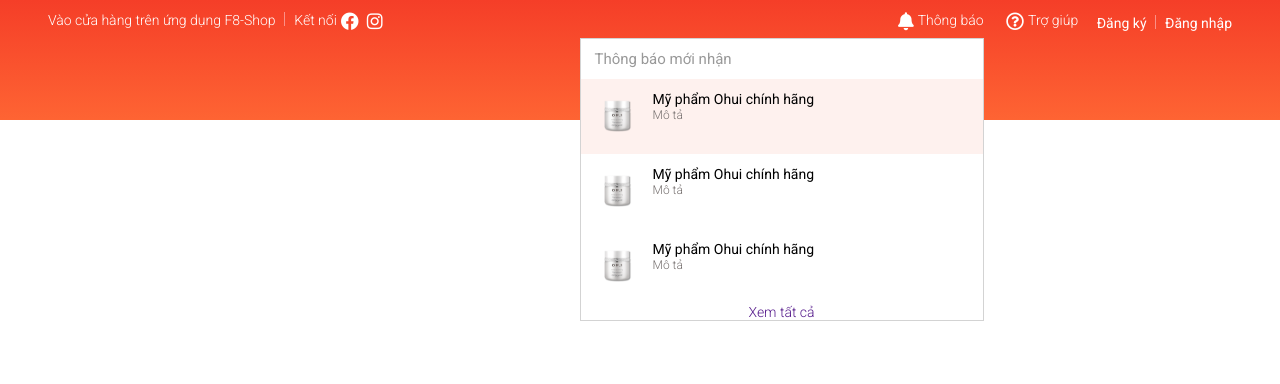
Repository: tvhoangit/tvhoangit.github.io
Page: Shoppe/index.html
The author's editor kept a copy of each file at every save. The page is drawn from the files as they stood at one save, then again after the next save.
The browser window is 1280 px wide. The pictures show the whole page.

Above is the page before, as saved 2021-10-15 19:03:04.

### Shoppe/index.html
<!DOCTYPE html>
<html lang="en">
<head>
    <meta charset="UTF-8">
    <meta http-equiv="X-UA-Compatible" content="IE=edge">
    <meta name="viewport" content="width=device-width, initial-scale=1.0">
    <title>Document</title>
    <link rel="stylesheet" href="https://cdnjs.cloudflare.com/ajax/libs/normalize/8.0.1/normalize.min.css">
    <link rel="stylesheet" href="./assets/css/base.css">
    <link rel="stylesheet" href="./assets/css/main.css">
    <link rel="stylesheet" href="./assets/fonts/fontawesome-free-5.15.4-web/fontawesome-free-5.15.4-web/css/all.min.css">
    <link href="https://fonts.googleapis.com/css2?family=Open+Sans&family=Roboto:wght@300;400;500;700;900&display=swap" rel="stylesheet">
</head>
<body>

    <div class="app">
        <header class="header">
            <div class="grid">
                <nav class="header__navbar">
                    <ul class="header__navbar-list">
                        <li class="header__navbar-item header__navbar-item--qr header__navbar-item--separate">
                            Vào cửa hàng trên ứng dụng F8-Shop
                            <div class="header__qr">
                                <img src="./assets/img/QR.png" alt="QR code" class="header__qr-img">
                                <div class="header__qr-apps">
                                    <a href="" class="header__qr-link">
                                        <img src="./assets/img/gg_play.jpg" alt="GG Play" class="header__qr-dowload-img">
                                    </a>
                                    <a href="" class="header__qr-link">
                                        <img src="./assets/img/apstore.jpg" alt="ApStore" class="header__qr-dowload-img">
                                    </a>
                                </div>
                            </div>
                        </li>
                        <li class="header__navbar-item">
                            <span class="header__navbar-title--no-pointer">Kết nối</span>
                            <a href="" class="header__navbar-icon-link">
                                <i class="header__navbar--icon fab fa-facebook"></i>
                            </a>
                            <a href="" class="header__navbar-icon-link">
                                <i class="header__navbar--icon fab fa-instagram"></i>
                            </a>
                        </li>
                    </ul>

                    <ul class="header__navbar-list">
                        <li class="header__navbar-item">
                            <i class="header__navbar--icon fas fa-bell"></i>
                            <a href="" class="header__navbar-item-link">Thông báo</a>
                            <div class="header__notify">
                                <header class="header__notify--header">
                                    <h3>Thông báo mới nhận</h3>
                                </header>
                                <ul class="header__notify-list">
                                    <li class="header__notify-item header__notify-item--viewed">
                                        <a href="" class="header__notify-link">
                                            <span>
                                                <img src="./assets/img/myphamohui.png" alt="" class="header__notify-img">
                                            </span>
                                            <div class="header__notify-info">
                                                <span class="header__notify-name">Mỹ phẩm Ohui chính hãng</span>
                                                <span class="header__notify-description">Mô tả</span>
                                            </div>
                                        </a>
                                    </li>
                                    <li class="header__notify-item">
                                        <a href="" class="header__notify-link">
                                            <span>
                                                <img src="./assets/img/myphamohui.png" alt="" class="header__notify-img">
                                            </span>
                                            <div class="header__notify-info">
                                                <span class="header__notify-name">Mỹ phẩm Ohui chính hãng</span>
                                                <span class="header__notify-description">Mô tả</span>
                                            </div>
                                        </a>
                                    </li>
                                    <li class="header__notify-item">
                                        <a href="" class="header__notify-link">
                                            <span>
                                                <img src="./assets/img/myphamohui.png" alt="" class="header__notify-img">
                                            </span>
                                            <div class="header__notify-info">
                                                <span class="header__notify-name">Mỹ phẩm Ohui chính hãng</span>
                                                <span class="header__notify-description">Mô tả</span>
                                            </div>
                                        </a>
                                    </li>
                                </ul>
                                <div class="header__notify-footer">
                                    <a href="" class="header__notify-footer-btn">Xem tất cả</a>
                                </div>
                            </div>
                        </li>
                        <li class="header__navbar-item">
                            <i class="header__navbar--icon far fa-question-circle"></i>
                            <a href="" class="header__navbar-item-link">Trợ giúp</a>
                        </li>
                        <li class="header__navbar-item header__navbar-item--strong header__navbar-item--separate">Đăng ký</li>
                        <li class="header__navbar-item header__navbar-item--strong">Đăng nhập</li>
                    </ul>
                </nav>
            </div>
        </header>
    </div>
    <div class="container">


    </div>
    <div class="footer">

    </div>

</body>
</html>

### Shoppe/assets/css/base.css
:root{
    --primary-color: #EE4D2D;
    --white-color: #fff;
    --black-color: #000;
    --text-color: #333;
}

*{
    box-sizing: inherit;
}

html{
    font-size: 62.5%;
    line-height: 1.6rem;
    font-family: 'Roboto', sans-serif;
    box-sizing: border-box;
}

.grid{
    width: 1200px;
    max-width: 100%;
    margin: 0 auto;
}

.grid__full-width{
    width: 100%;
}

.grid__row{
    display: flex;
    flex-wrap: wrap;
}

/* Animation */
@keyframes fadeIn {
    from {
        opacity: 0;
    }
    to {
        opacity: 1;
    }
}

### Shoppe/assets/css/main.css
.header {
    height: 120px;
    background-image: linear-gradient(0, #fe6433, #f53e28);
}
.header__navbar {
    display: flex;
    justify-content: space-between;
    padding-top: 8px;
}
.header__navbar-list {
    list-style: none;
    padding-left: 0;
    margin-top: 4px;
}
.header__navbar-item {
    display: inline-block;
    margin: 0 8px 0px 8px;
    position: relative;
    min-height: 26px;
}
.header__navbar-item--qr:hover .header__qr {
    display: block;
}
.header__navbar-item,
.header__navbar-item-link {
    font-size: 1.4rem;
    color: var(--white-color);
    text-decoration: none;
    font-weight: 300;
}
.header__navbar-item:hover,
.header__navbar-icon-link:hover,
.header__navbar-item-link:hover {
    color: rgba(255, 255, 255, 0.7);
    cursor: pointer;
}
.header__navbar-item,
.header__navbar-item-link,
.header__navbar-icon-link{
    display: inline-flex;
    text-align: center;
}
.header__navbar-item--strong {
    font-weight: 400;
}
.header__navbar-item--separate::after {
    content: "";
    display: block;
    position: absolute;
    border-left: 1px solid #FB9086;
    height: 14px;
    right: -9px;
    top: 25%;
    transform: translateY(-50%);
}
.header__navbar-icon-link {
    color: var(--white-color);
    text-decoration: none;
}
.header__navbar--icon {
    font-size: 1.8rem;
    margin: 0 4px;
}
.header__navbar-title--no-pointer {
    cursor: text;
    color: var(--white-color);
}
.header__qr {
    width: 186px;
    background-color: var(--white-color);
    position: absolute;
    left: 0;
    top: 100%;
    padding: 8px;
    border-radius: 2px;
    display: none;
    animation: fadeIn ease 0.3s;
}
.header__qr-img {
    width: 100%;
}
.header__qr-apps {
    display: flex;
    justify-content: space-between;
}
.header__qr-link {
    margin: 0px 11px;
}
.header__qr-dowload-img {
    height: 15px;
}

/* Header notification */
.header__notify {
    position: absolute;
    top: 100%;
    width: 404px;
    right: 0;
    border: 1px solid #D3D3D3;
    background-color: var(--white-color);
}
.header__notify--header {
    height: 40px;
    background-color: var(--white-color);
    margin-top: -15px;
}
.header__notify--header h3 {
    color: #999;
    margin-right: 237px;
    font-weight: 400;
    font-size: 1.5rem;
    line-height: 40px;

}
.header__notify-list {
    padding-left: 0;
}
.header__notify-item {
    display: flex;
}
.header__notify-item:hover {
    background-color: #f7f7f7;
}
.header__notify-item--viewed {
    background-color: rgba(238,75,43,0.08);
}
.header__notify-link {
    display: flex;
    width: 100%;
    padding: 12px;
    text-decoration: none;
}
.header__notify-img {
    width: 48px;
}
.header__notify-info {
    margin-left: 12px;
}
.header__notify-name {
    display: block;
    font-size: 1.4rem;
    color: var(--black-color);
    font-weight: 400;
}
.header__notify-description {
    display: block;
    font-size: 1.2rem;
    line-height: 1.6rem;
    color: #756F6E;
    text-align: left;
}
.header__notify-footer-btn {
    text-decoration: none;
}

Loaded but not shown: Shoppe/assets/fonts/fontawesome-free-5.15.4-web/fontawesome-free-5.15.4-web/css/all.min.css (library)

After the next save:
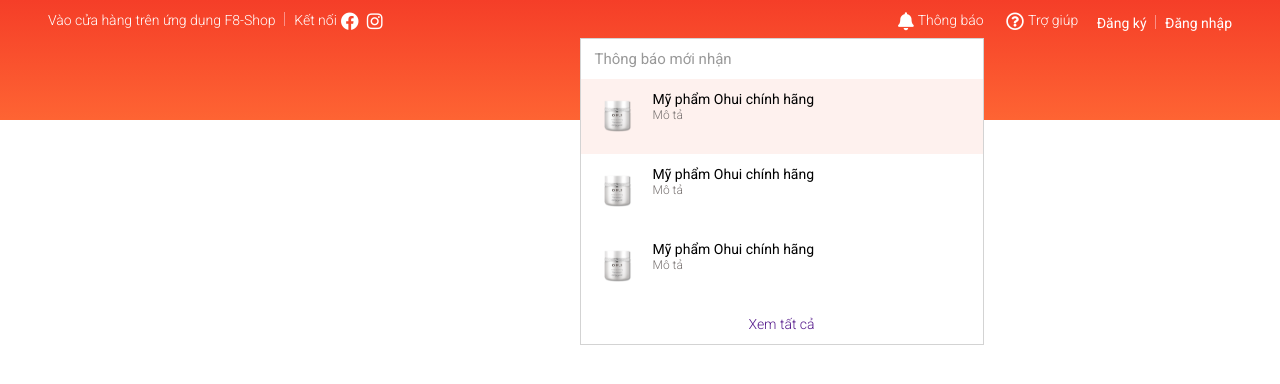
Saved 44 s later.
--- a/Shoppe/assets/css/main.css
+++ b/Shoppe/assets/css/main.css
@@ -149,6 +149,10 @@
     color: #756F6E;
     text-align: left;
 }
+.header__notify-footer {
+    height: 40px;
+}
 .header__notify-footer-btn {
     text-decoration: none;
+    line-height: 40px;
 }
